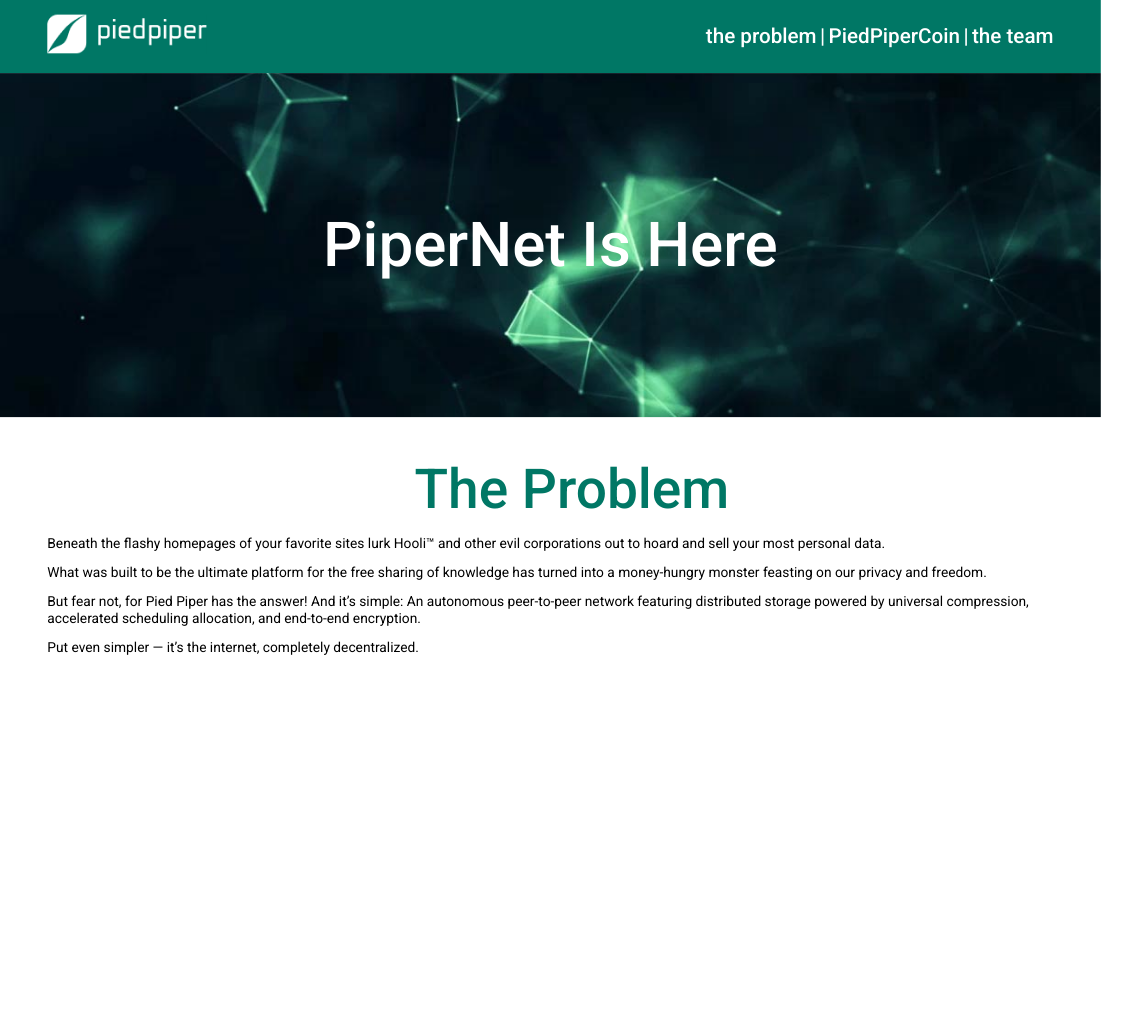
Repository: Valera1994/WebTestProject
Page: New3/index.html
These files come from the project's save history. The page is drawn as it stood at one moment and after the next save; the edit follows.
The browser window is 1280 px wide. The page is 1330 px wide, so the pictures cover 1330 px, including what lies to the right of the window. The pictures show the whole page, at 86% of full size.

Above is the page before, as saved 2025-07-27 00:23:11.

After the next save:
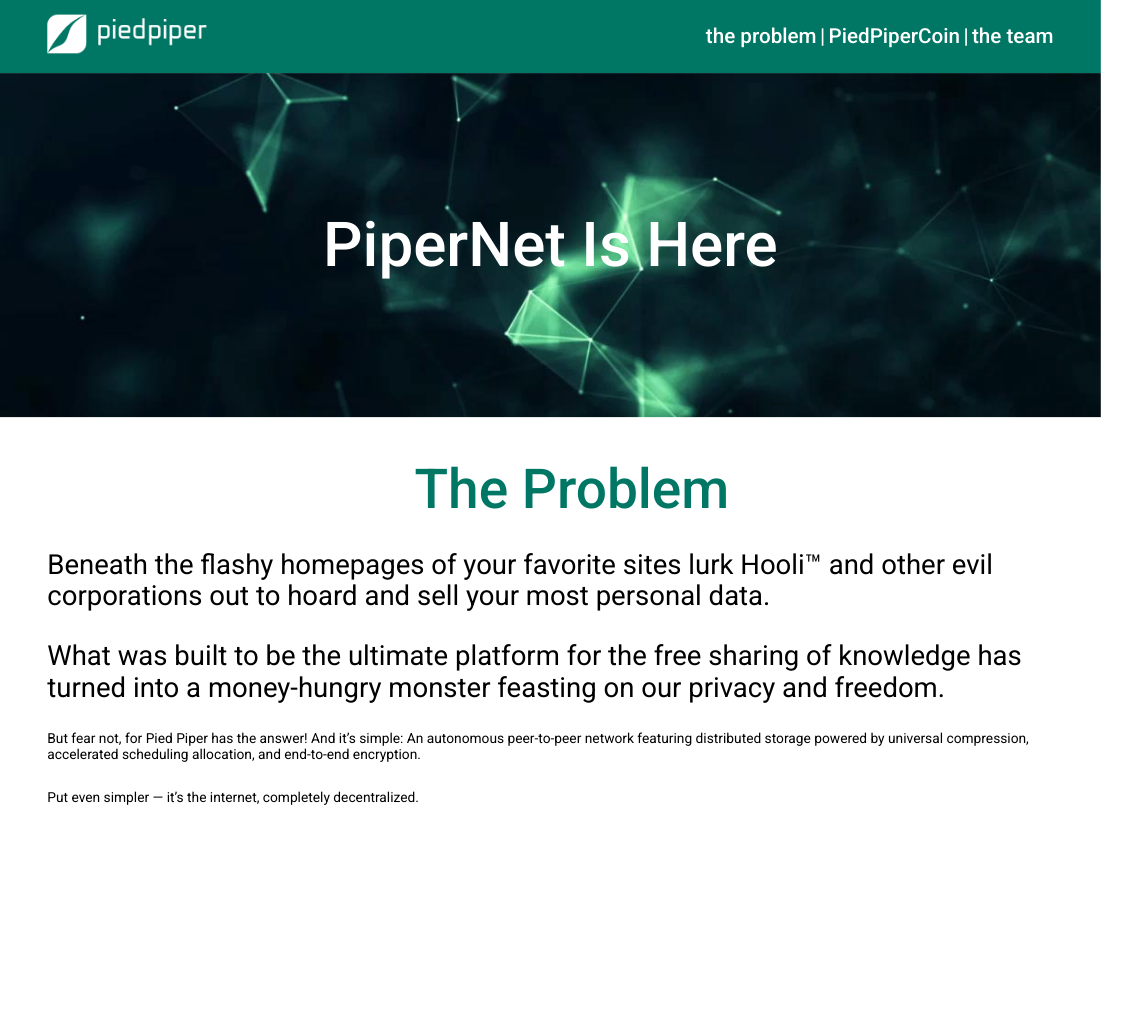
Saved 81 s later.
--- a/New3/style.css
+++ b/New3/style.css
@@ -86,3 +86,9 @@
     padding-top: 48px;
     text-align: center;
 }
+
+.text{
+    font-size: 32px;
+    font-weight: 400;
+    color: rgb(0, 0, 0);
+}
